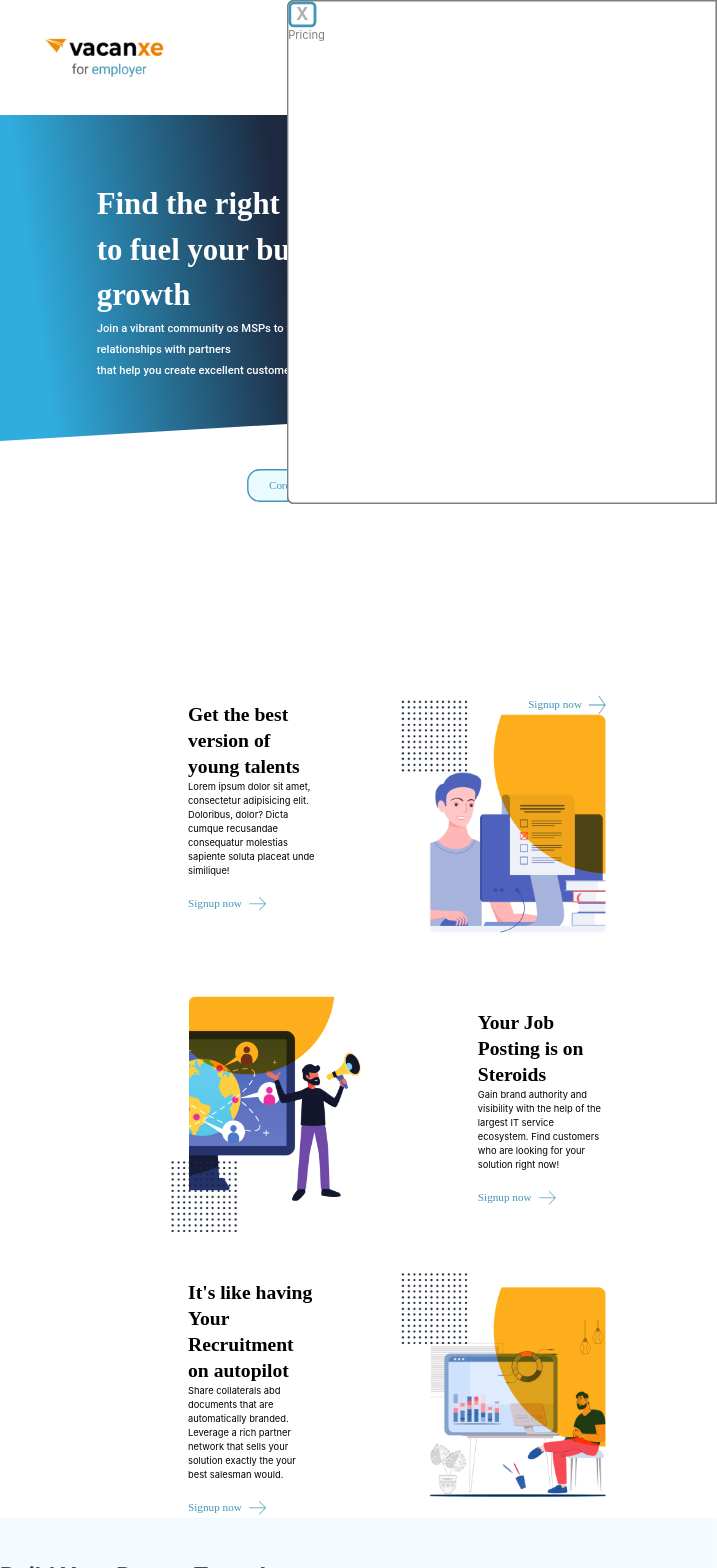
Repository: uh-sman/Vacanxe
Page: /, after clicking the first element matching `img.burger-img`
These files come from the project's save history. The page is drawn as it stood at one moment and after the next save; the edit follows.
The browser window is 1024 px wide. The pictures show the part of the page from y = 0 to 2240 px (the page is 3957 px tall), at 70% of full size.
The project was rebuilt for these pictures with package versions that can differ from the ones it lists, and the page was loaded fresh each time.

Above is the page before, as saved 2022-12-04 16:04:11.

After the next save:
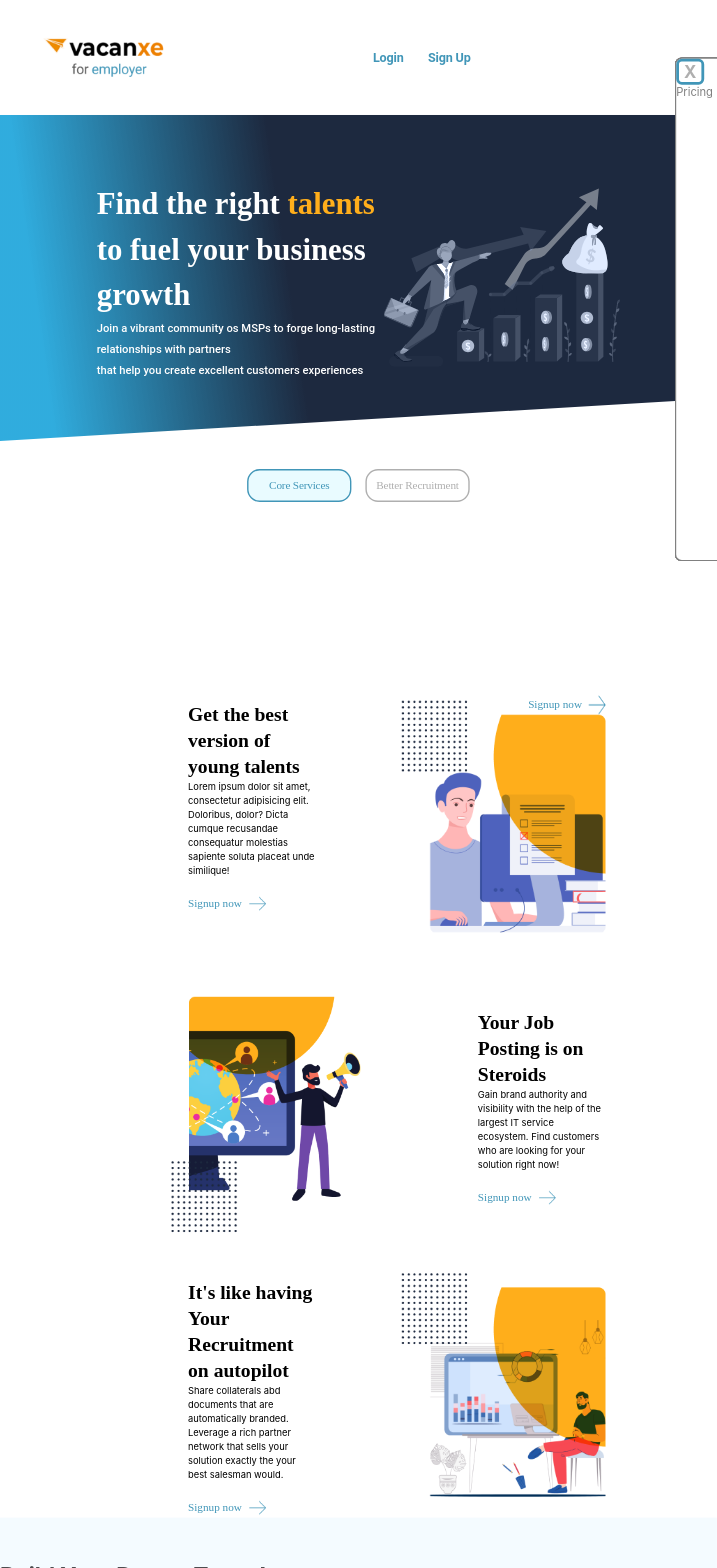
Saved 16 s later.
--- a/src/components/navbar.css
+++ b/src/components/navbar.css
@@ -78,8 +78,7 @@
     z-index: 100;
     height: 100%;
     width: 60%;
-    top: 0px;
-    right: 0px;
+
     color: gray;
     /* background-color: #222222; */
     background-color: #fff;

After the save that followed:
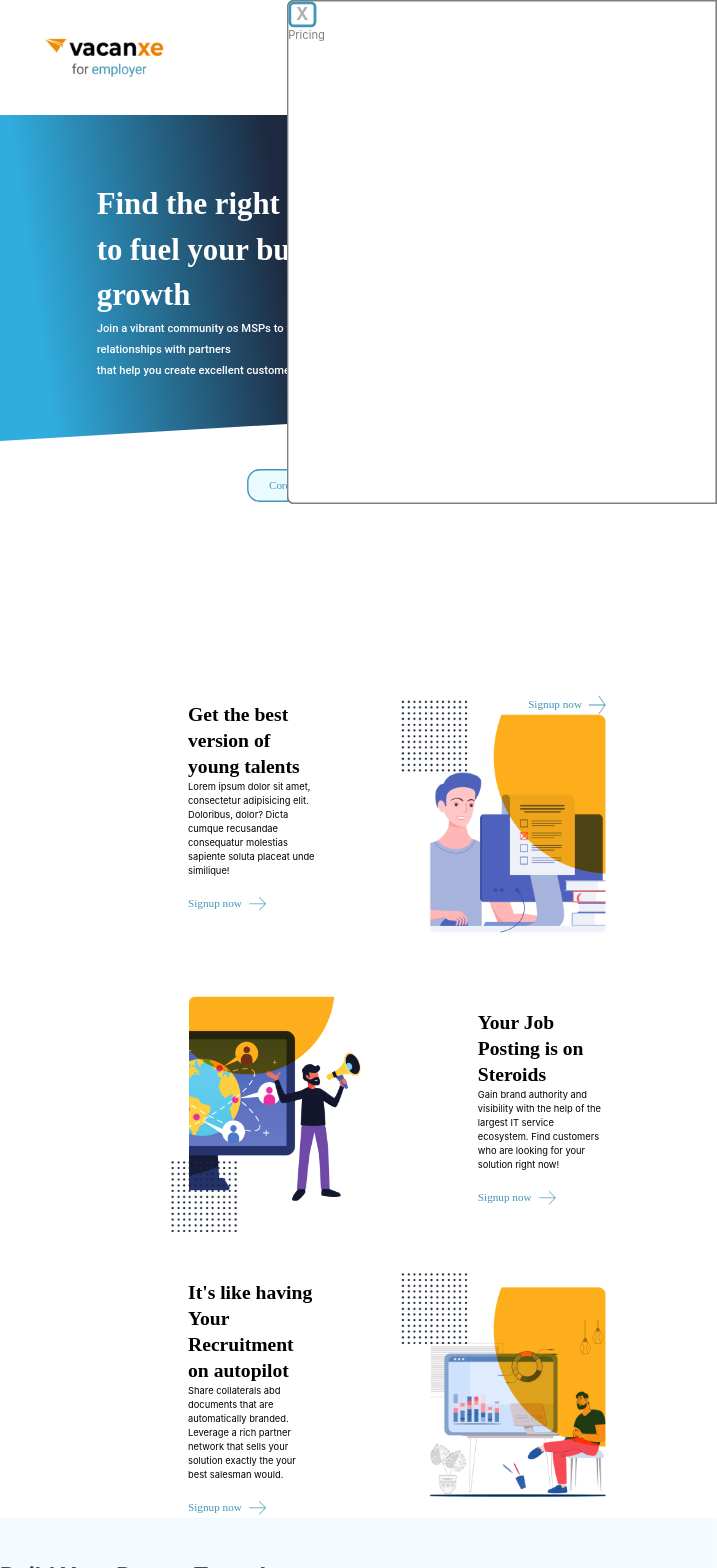
Saved 13 s later.
--- a/src/components/navbar.css
+++ b/src/components/navbar.css
@@ -78,7 +78,8 @@
     z-index: 100;
     height: 100%;
     width: 60%;
-
+    top: 0px;
+    right: 0px;
     color: gray;
     /* background-color: #222222; */
     background-color: #fff;
